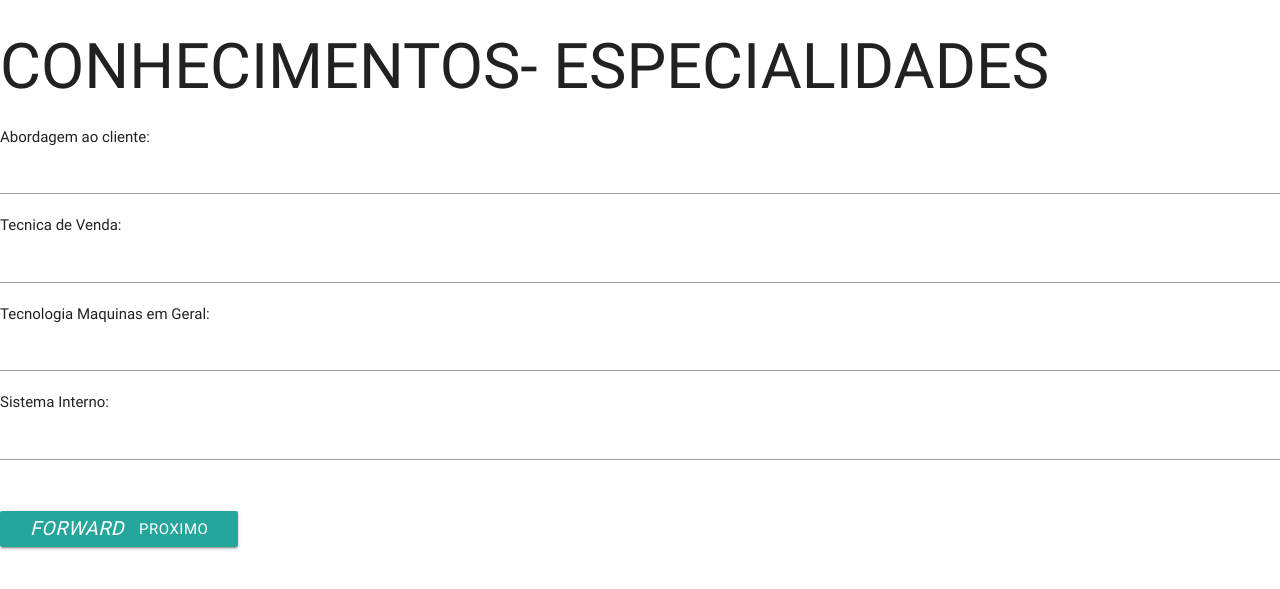
Repository: cspreng/Questionario
Page: http://localhost/cadastro/conhecimentos
An editor plug-in stored every save of this project. The page is shown before and after the next save, followed by the edit.
The browser window is 1280 px wide. The pictures show the whole page.
The page is this project's Thymeleaf template; nobody is signed in. The template is opened directly, without the code that normally fills it, so the values that code supplies are empty.

Above is the page before, as saved 2021-07-27 02:04:54.
Console error: ReferenceError: $ is not defined

After the next save:
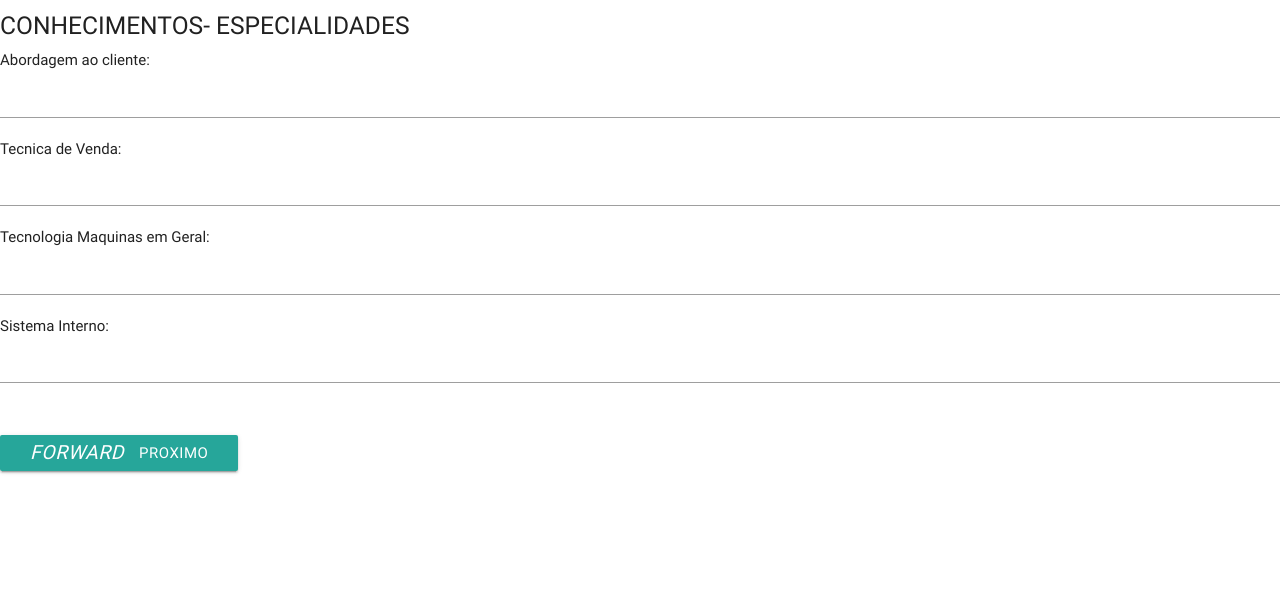
Saved 50 s later.
--- a/questionario/src/main/resources/templates/cadastro/conhecimentos.html
+++ b/questionario/src/main/resources/templates/cadastro/conhecimentos.html
@@ -13,7 +13,7 @@
       <meta name="viewport" content="width=device-width, initial-scale=1.0"/>
 <body>
 
-	<h1>CONHECIMENTOS- ESPECIALIDADES</h1>
+	<h5>CONHECIMENTOS- ESPECIALIDADES</h5>
 	<form method="post">
 		Abordagem ao cliente: <input type="text" value= "" name="abordagem"/>
 	Tecnica de Venda: <input type="text" value= "" name="venda"/>
